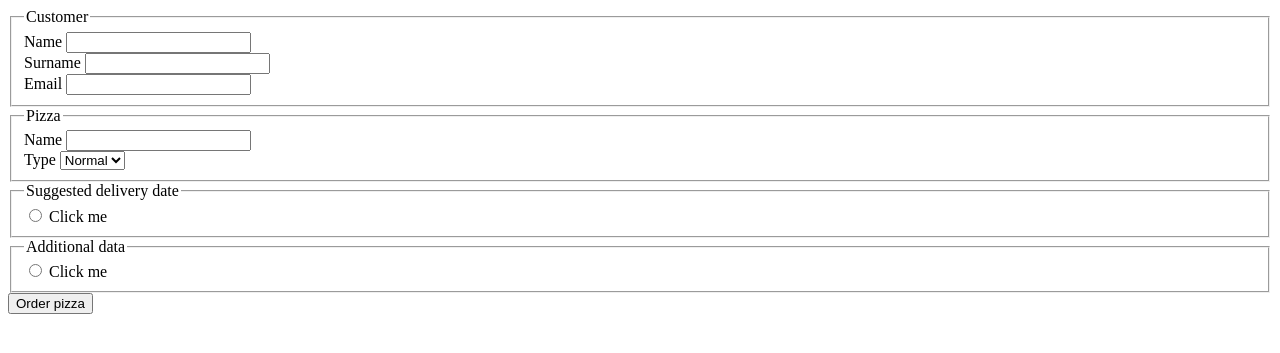
Repository: lukas77pro/html_css_js
Page: html/Test/WebContent/Formularz.html
These files come from the project's save history. The page is drawn as it stood at one moment and after the next save; the edit follows.
The browser window is 1280 px wide. The pictures show the whole page.

Above is the page before, as saved 2015-07-10 11:32:41.

### html/Test/WebContent/Formularz.html
<!DOCTYPE html>
<html>
<head>
<meta charset="UTF-8">
<title>Insert title here</title>
</head>

<body>


	<fieldset>
		<legend>Customer</legend>
		<div>
			<label for="inputName">Name</label> <input type="text"
				name="inputName">
		</div>
		<div>
			<label for="inputSurname">Surname</label> <input type="text"
				name="inputSurname">
		</div>
		<div>
			<label for="inputEmail">Email</label> <input type="text"
				name="inputEmail">
		</div>
	</fieldset>

	<fieldset>
		<legend>Pizza</legend>
		<div>
			<label for="inputName">Name</label> <input type="text"
				name="inputName">
		</div>
		<label for="inputName">Type</label> <select name="select">
			<option value="Small">Small</option>
			<option value="Normal" selected>Normal</option>
			<option value="Big">Big</option>
		</select>
	</fieldset>

	<fieldset>
		<legend>Suggested delivery date</legend>
		<input type="radio" name="radio" id="radio"> <label
			for="radio">Click me</label>
	</fieldset>

	<fieldset>
		<legend>Additional data</legend>
		<input type="radio" name="radio" id="radio"> <label
			for="radio">Click me</label>
	</fieldset>
	<button name="button">Order pizza</button>
</body>
</html>

After the next save:
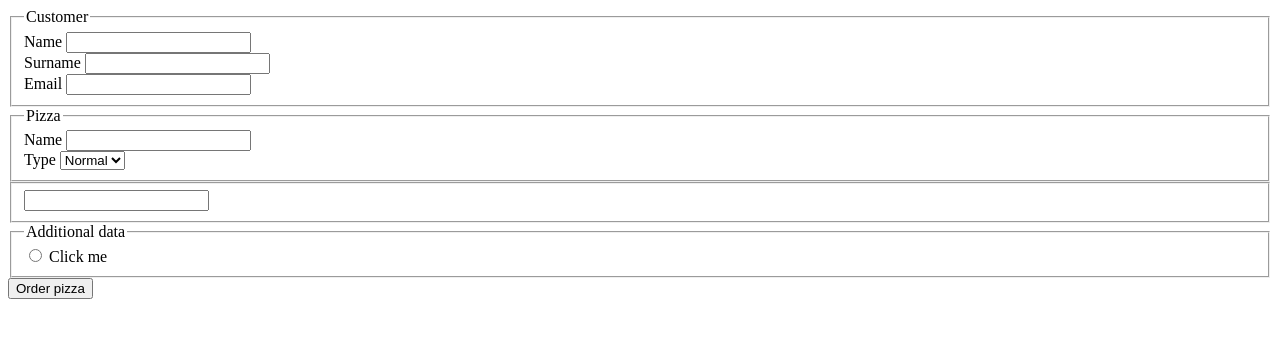
Saved 88 s later.
--- a/html/Test/WebContent/Formularz.html
+++ b/html/Test/WebContent/Formularz.html
@@ -38,9 +38,7 @@
 	</fieldset>
 
 	<fieldset>
-		<legend>Suggested delivery date</legend>
-		<input type="radio" name="radio" id="radio"> <label
-			for="radio">Click me</label>
+		<input type="text" name="Date"">
 	</fieldset>
 
 	<fieldset>
